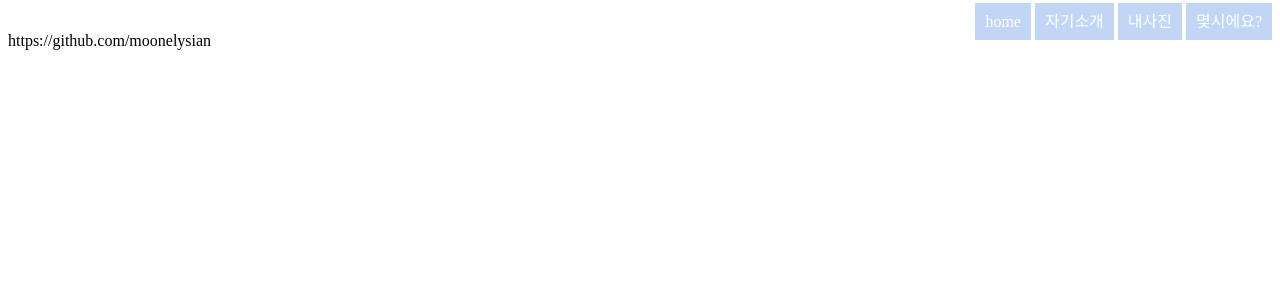
Repository: moonelysian/edwith-
Page: BE_PJT1-1/WebContent/index.html
These files come from the project's save history. The page is drawn as it stood at one moment and after the next save; the edit follows.
The browser window is 1280 px wide. The pictures show the whole page.

Above is the page before, as saved 2019-08-07 05:09:32.

After the next save:
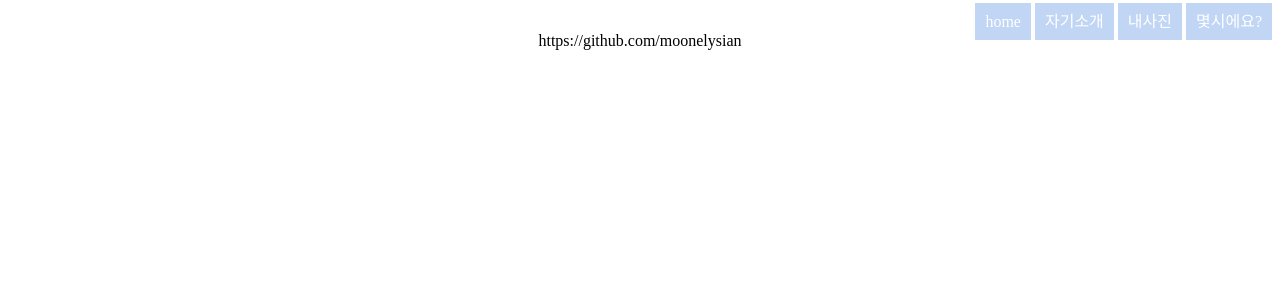
Saved 29 s later.
--- a/BE_PJT1-1/WebContent/style.css
+++ b/BE_PJT1-1/WebContent/style.css
@@ -1,5 +1,5 @@
 @charset "UTF-8";
-body{ text-align: middle;}
+body{ text-align: center;}
 
 nav { text-align: right; }
 
